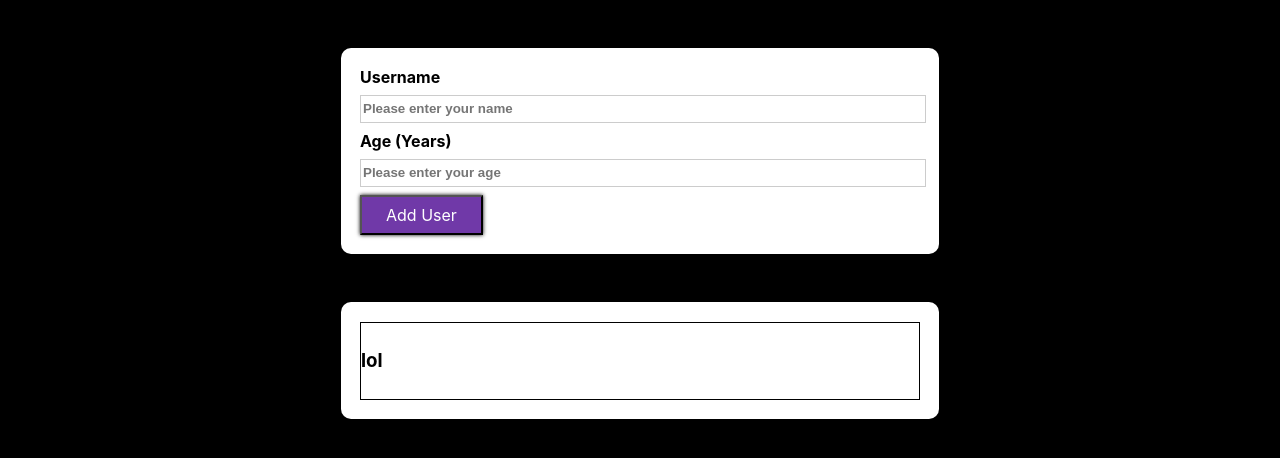
Repository: NamalPathirana/section-eight
Page: /
These files come from the project's save history. The page is drawn as it stood at one moment and after the next save; the edit follows.
The browser window is 1280 px wide. The pictures show the whole page.
The project was rebuilt for these pictures with package versions that can differ from the ones it lists, and the page was loaded fresh each time.

Above is the page before, as saved 2021-11-26 04:01:09.

### src/index.css
body {
  margin: 0;
  padding: 0%;
  height: 100%;
  width: 100%;
  display: flex;
  flex-direction: column;
  background-color: black;
  font-family: -apple-system, BlinkMacSystemFont, 'Segoe UI', 'Roboto', 'Oxygen',
    'Ubuntu', 'Cantarell', 'Fira Sans', 'Droid Sans', 'Helvetica Neue',
    sans-serif;
  -webkit-font-smoothing: antialiased;
  -moz-osx-font-smoothing: grayscale;
}

code {
  font-family: source-code-pro, Menlo, Monaco, Consolas, 'Courier New',
    monospace;
}

### src/App.js
import logo from './logo.svg';
import './App.css';
import UserInput from './Components/UserInput/UserInput';
import UserList from './Components/UserList/UserList';

function App() {
  return (
    <div className="App">
      <section>
      <UserInput></UserInput>
      </section>
      <section>
      <UserList></UserList>
      </section>

    </div>
  );
}

export default App;

### src/App.css
.App {


}

### src/Components/UserInput/UserInput.js
import Button from '../../UI/Button/Button';
import styles from './UserInput.module.css'

const UserInput = () => {
    return (
        <form>
        <div className={styles.frame}>
            <label>Username</label>
            <input placeholder='Please enter your name'/>
            <label>Age (Years)</label>
            <input placeholder='Please enter your age'/>
            <Button name='Add User'></Button>
        </div>
        </form>
    );
};

export default UserInput;

### src/Components/UserList/UserList.js
import styles from './UserList.module.css';
import UserListItem from '../UserListItem/UserListItem'


const UserList = () => {

    return(
        <div className={styles.frame}>
            <UserListItem/>
        </div>
    );
}

export default UserList;

### src/UI/Button/Button.js
import styles from "./Button.module.css";

const Button = (props) => {
  return <button className={styles.button}>{props.name}</button>;
};

export default Button;

### src/Components/UserInput/UserInput.module.css
.frame{
    margin: 0.5rem 0.5rem;
    padding: 1.2rem 1.2rem;
    width: 35rem;
    max-width: 90%;
    margin: 3rem auto;
    background-color: white;
    border-radius: 10px;

}

.frame input{
    display: block;
    font-weight: bold;
    border: 1px solid #ccc;
    line-height: 1.5rem;
    padding: 100 0.25rm;
    width: 100%;
    margin-bottom: 0.5rem;
}

.frame input:hover{
    border: 1px solid rgb(49, 45, 45);
}

.frame label{
    display: block;
    align-content: flex-start;
    font-weight: bold;
    margin-bottom: 0.5rem;
}

### src/Components/UserList/UserList.module.css
.frame{
    margin: 0.5rem 0.5rem;
    padding: 1.2rem 1.2rem;
    width: 35rem;
    max-width: 90%;
    margin: 3rem auto;
    background-color: white;
    border-radius: 10px;
    display: flex;
    flex-direction: column;
}

### src/Components/UserListItem/UserListItem.js
import styles from './UserListItem.module.css';


const UserListItem = (props) => {
    return(
        <div className={styles.list_item}>
            <h3>lol</h3>
        </div>
    );
}

export default UserListItem;

### src/UI/Button/Button.module.css
.button{
    font: inherit;
    padding: 0.5rem 1.5rem;
    background-color: rgb(112, 57, 168);
    color:white;
    box-shadow: 0 0 4px black;
    cursor: pointer;
    width: auto;
}

.button:focus{
    outline: none;
}

.button:hover,.button:active{
    background-color: rgb(185, 140, 231);
    border-color: rgb(185, 140, 231);
    box-shadow: 0 0 8px black;
}

### src/Components/UserListItem/UserListItem.module.css
.list_item{
    border: 1px solid black;
    display: block;
    padding: 0.5rem 0rem;
}

Loaded but not shown: public/index.html (common file); src/index.js (common file); src/reportWebVitals.js (common file)

After the next save:
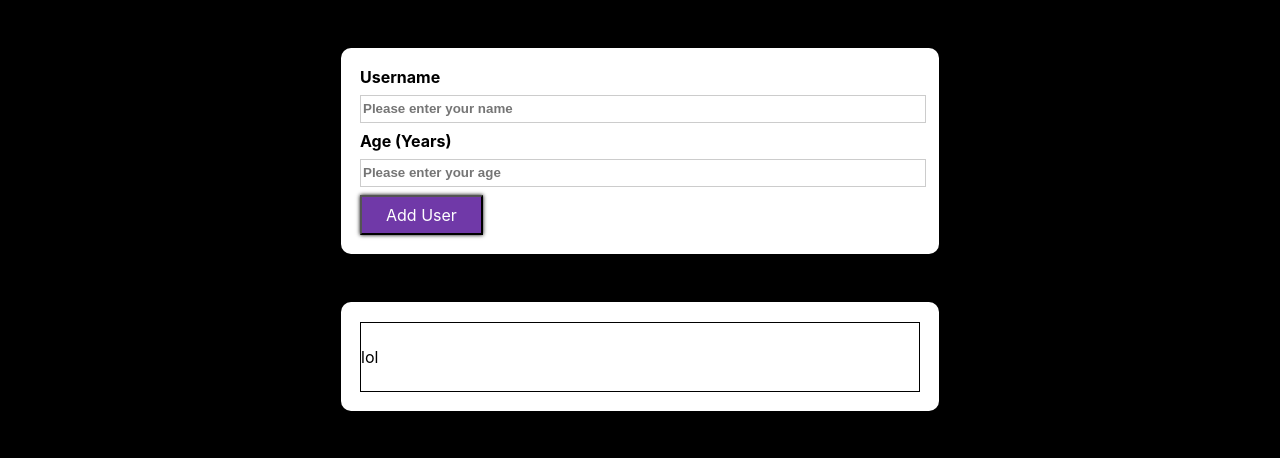
Saved 58 s later.
--- a/src/Components/UserListItem/UserListItem.js
+++ b/src/Components/UserListItem/UserListItem.js
@@ -4,7 +4,7 @@ import styles from './UserListItem.module.css';
 const UserListItem = (props) => {
     return(
         <div className={styles.list_item}>
-            <h3>lol</h3>
+            <p>lol</p>
         </div>
     );
 }

After the save that followed:
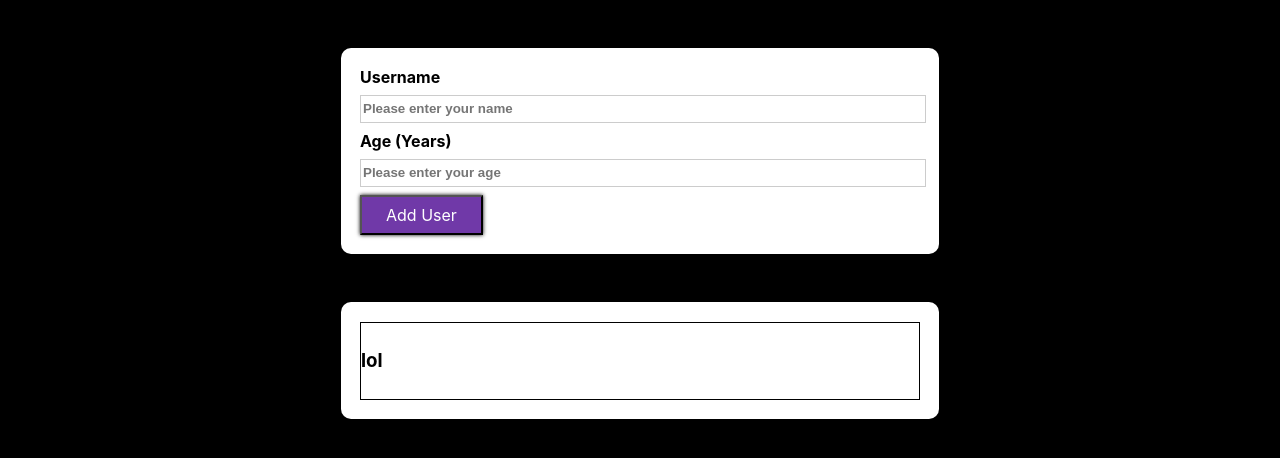
Saved 7 s later.
--- a/src/Components/UserListItem/UserListItem.js
+++ b/src/Components/UserListItem/UserListItem.js
@@ -4,7 +4,7 @@ import styles from './UserListItem.module.css';
 const UserListItem = (props) => {
     return(
         <div className={styles.list_item}>
-            <p>lol</p>
+            <h3>lol</h3>
         </div>
     );
 }
